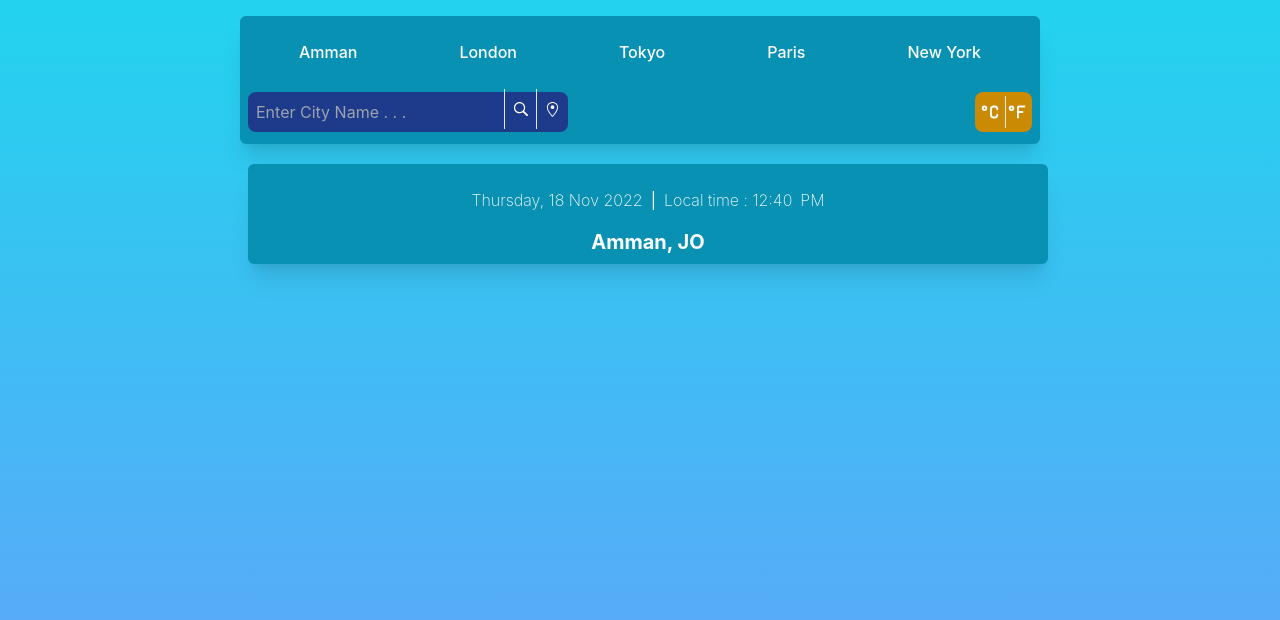
Repository: SaadYasin/next-js-forecast-tailwind
Page: /
These files come from the project's save history. The page is drawn as it stood at one moment and after a run of saves; the edit follows.
The browser window is 1280 px wide. The pictures show the whole page.
The project was rebuilt for these pictures with package versions that can differ from the ones it lists, and the page was loaded fresh each time. The framework's server and built-in components were replaced by stand-ins that run in the browser.

Above is the page before, as saved 2022-11-18 21:50:26.

After the next 10 saves:
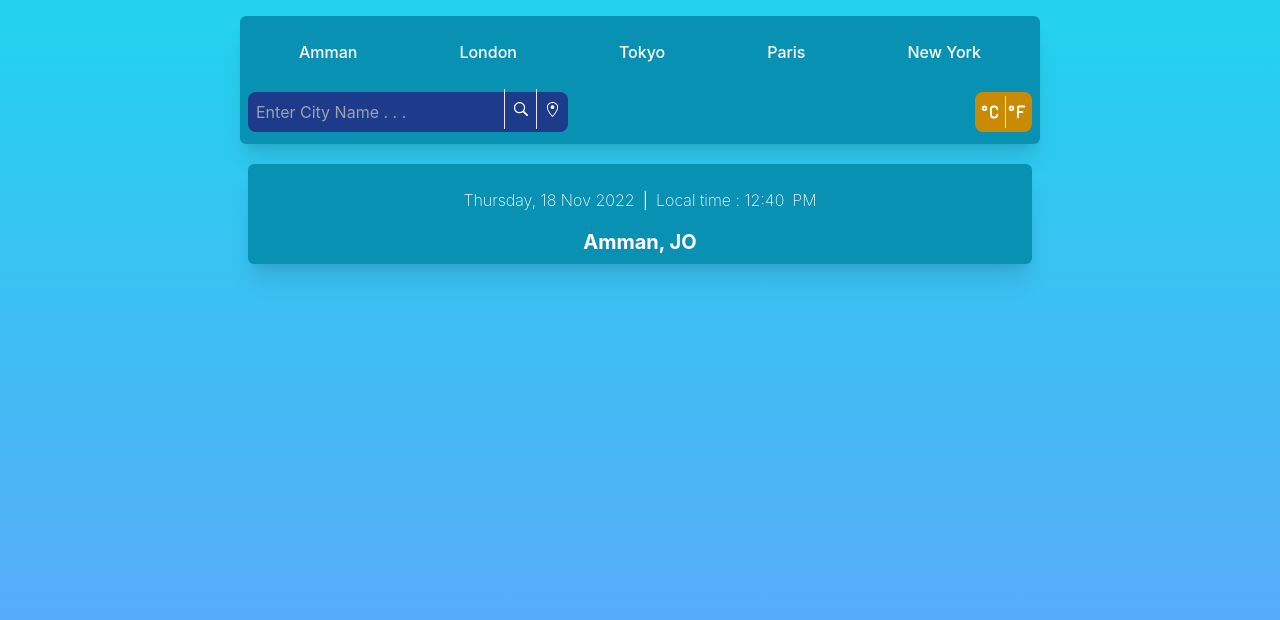
The 10 saves are shown as one change because 5 did not build or start and some came seconds apart.
The last was saved 56 s later.
--- a/components/MainCard.js
+++ b/components/MainCard.js
@@ -4,13 +4,15 @@ import Location from './Location';
 const MainCard = () => {
 
   return (
-
+    <div className="flex">
 
     <div className="text-white mx-auto w-[22.5rem] md:w-3/4 lg:w-[50rem] bg-cyan-600 h-max-content p-2 mt-8 rounded-md shadow-xl">
       <TimeAndDate />
       <Location />
 
       </div>
+    </div>
+
 
   )
 };
